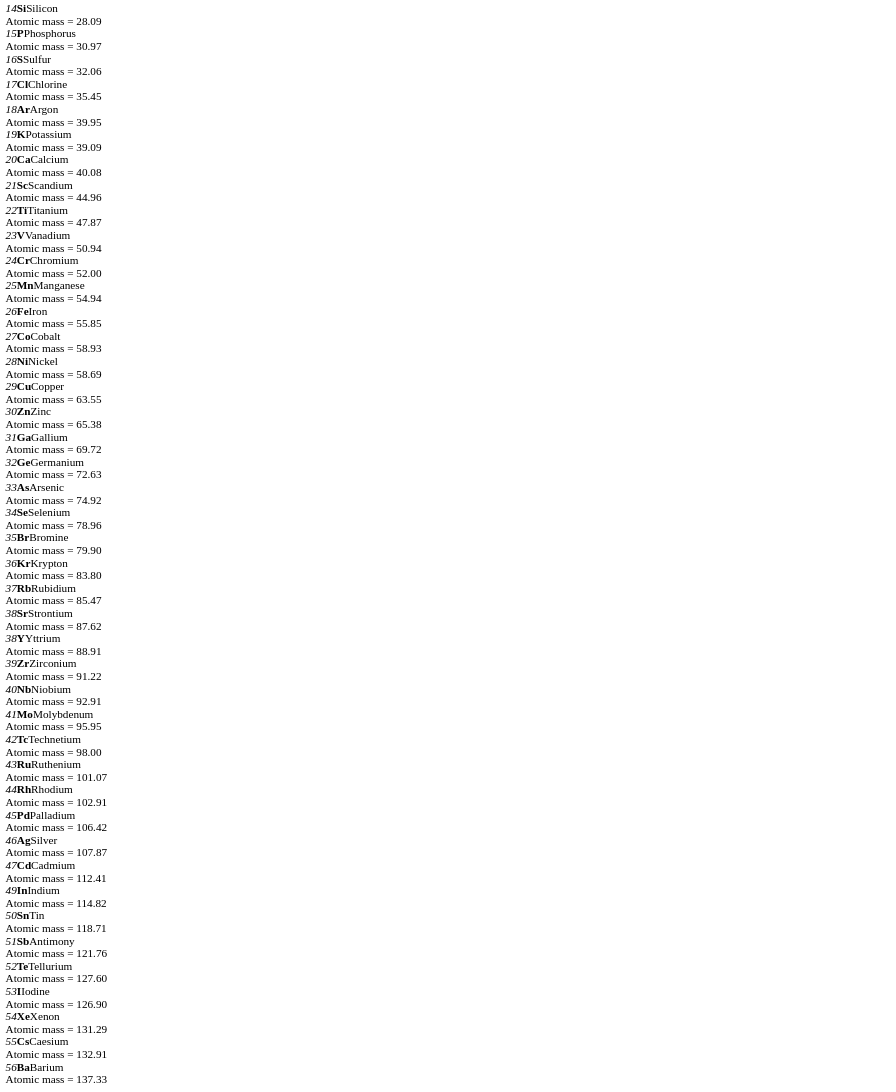
Repository: manayparikh1/Periodify
Page: index.html
The author's editor kept a copy of each file at every save. The page is drawn from the files as they stood at one save, then again after the next save.
The browser window is 1280 px wide. The pictures show the part of the page from y = 808 to 2728 px (the page is 2368 px tall before and 2728 px after), at 70% of full size.

Above is the page before, as saved 2026-10-16 20:24:07.

### index.html
<!DOCTYPE html>
<html lang="en">

<head>
    <meta charset="UTF-8">
    <meta name="viewport" content="width=device-width, initial-scale=1.0">
    <title>Periodify</title>
</head>

<body>
    <!-- === HTML STARTS here===-->
    <header>
        <h1>Period<span>ify</span></h1>
        <p>Hover (or tap) an element and you can hover over the legend to isolate that specific group.</p>
    </header>
    <!-- === Legend === -->
    <ul class="legend">
        <li class="k-ak" style="--c: var(--ak);">Alkali metals</li>
        <li class="k-ae" style="--c: var(--ae);">Alkaline earth metals</li>
        <li class="k-tm" style="--c: var(--tm);">Transition metals</li>
        <li class="k-pt" style="--c: var(--pt);">Post-transition metals</li>
        <li class="k-md" style="--c: var(--md);">Metalloids</li>
        <li class="k-nm" style="--c: var(--nm);">Nonmetals</li>
        <li class="k-hg" style="--c: var(--hg);">Halogens</li>
        <li class="k-hl" style="--c: var(--hl);">Noble gases</li>
        <li class="k-la" style="--c: var(--la);">Lanthanides</li>
        <li class="k-ac" style="--c: var(--ac);">Actinides</li>
    </ul>
    <p class="hint">If you are on a phone swipe the table to the side so you can see properly.</p>
    <div class="scroll">
        <div class="table">

            <!-- The first period -->
            <div class="el nm" tabindex="0"><i>1</i><b>H</b><span>Hydrogen<br>Atomic mass = 1.008</span></div>
            <div class="gap" style="--n:16"></div>
            <!-- Gives a 16 element gap because hydron and helium are not in the same column -->
            <div class="el ng" tabindex="0"><i>2</i><b>He</b><span>Helium<br>Atomic mass = 4.003</span></div>
            <!-- The second period -->
            <div class="el ak" tabindex="0"><i>3</i><b>Li</b><span>Lithium<br>Atomic mass = 6.94</span></div>
            <div class="el ae" tabindex="0"><i>4</i><b>Be</b><span>Beryllium<br>Atomic mass = 9.012</span></div>
            <div class="gap" style="--n:10"></div>
            <div class="el md" tabindex="0"><i>5</i><b>B</b><span>Boron<br>Atomic mass = 10.81</span></div>
            <div class="el nm" tabindex="0"><i>6</i><b>C</b><span>Carbon<br>Atomic mass = 12.01</span></div>
            <div class="el nm" tabindex="0"><i>7</i><b>N</b><span>Nitrogen<br>Atomic mass = 14.01</span></div>
            <div class="el nm" tabindex="0"><i>8</i><b>O</b><span>Oxygen<br>Atomic mass = 16.00</span></div>
            <div class="el hg" tabindex="0"><i>9</i><b>F</b><span>Fluorine<br>Atomic mass = 19.00</span></div>
            <div class="el ng" tabindex="0"><i>10</i><b>Ne</b><span>Neon<br>Atomic mass = 20.18</span></div>
            <!-- The third period -->
            <div class="el ak" tabindex="0"><i>11</i><b>Na</b><span>Sodium<br>Atomic mass = 22.99</span></div>
            <div class="el ae" tabindex="0"><i>12</i><b>Mg</b><span>Magnesium<br>Atomic mass = 24.31</span></div>
            <div class="gap" style="--n:10"></div>
            <div class="el md" tabindex="0"><i>13</i><b>Al</b><span>Aluminum<br>Atomic mass = 26.98</span></div>
            <div class="el nm" tabindex="0"><i>14</i><b>Si</b><span>Silicon<br>Atomic mass = 28.09</span></div>
            <div class="el nm" tabindex="0"><i>15</i><b>P</b><span>Phosphorus<br>Atomic mass = 30.97</span></div>
            <div class="el nm" tabindex="0"><i>16</i><b>S</b><span>Sulfur<br>Atomic mass = 32.06</span></div>
            <div class="el hg" tabindex="0"><i>17</i><b>Cl</b><span>Chlorine<br>Atomic mass = 35.45</span></div>
            <div class="el ng" tabindex="0"><i>18</i><b>Ar</b><span>Argon<br>Atomic mass = 39.95</span></div>
            <!-- the fourth period -->
            <div class="el ak" tabindex="0"><i>19</i><b>K</b><span>Potassium<br>Atomic mass = 39.09</span></div>
            <div class="el ae" tabindex="0"><i>20</i><b>Ca</b><span>Calcium<br>Atomic mass = 40.08</span></div>
            <div class="el tm" tabindex="0"><i>21</i><b>Sc</b><span>Scandium<br>Atomic mass = 44.96</span></div>
            <div class="el tm" tabindex="0"><i>22</i><b>Ti</b><span>Titanium<br>Atomic mass = 47.87</span></div>
            <div class="el tm" tabindex="0"><i>23</i><b>V</b><span>Vanadium<br>Atomic mass = 50.94</span></div>
            <div class="el tm" tabindex="0"><i>24</i><b>Cr</b><span>Chromium<br>Atomic mass = 52.00</span></div>
            <div class="el tm" tabindex="0"><i>25</i><b>Mn</b><span>Manganese<br>Atomic mass = 54.94</span></div>
            <div class="el tm" tabindex="0"><i>26</i><b>Fe</b><span>Iron<br>Atomic mass = 55.85</span></div>
            <div class="el tm" tabindex="0"><i>27</i><b>Co</b><span>Cobalt<br>Atomic mass = 58.93</span></div>
            <div class="el tm" tabindex="0"><i>28</i><b>Ni</b><span>Nickel<br>Atomic mass = 58.69</span></div>
            <div class="el tm" tabindex="0"><i>29</i><b>Cu</b><span>Copper<br>Atomic mass = 63.55</span></div>
            <div class="el tm" tabindex="0"><i>30</i><b>Zn</b><span>Zinc<br>Atomic mass = 65.38</span></div>
            <div class="el pt" tabindex="0"><i>31</i><b>Ga</b><span>Gallium<br>Atomic mass = 69.72</span></div>
            <div class="el md" tabindex="0"><i>32</i><b>Ge</b><span>Germanium<br>Atomic mass = 72.63</span></div>
            <div class="el md" tabindex="0"><i>33</i><b>As</b><span>Arsenic<br>Atomic mass = 74.92</span></div>
            <div class="el nm" tabindex="0"><i>34</i><b>Se</b><span>Selenium<br>Atomic mass = 78.96</span></div>
            <div class="el hg" tabindex="0"><i>35</i><b>Br</b><span>Bromine<br>Atomic mass = 79.90</span></div>
            <div class="el ng" tabindex="0"><i>36</i><b>Kr</b><span>Krypton<br>Atomic mass = 83.80</span></div>
            <!-- the fifth period -->
            <div class="el ak" tabindex="0"><i>37</i><b>Rb</b><span>Rubidium<br>Atomic mass = 85.47</span></div>
            <div class="el ae" tabindex="0"><i>38</i><b>Sr</b><span>Strontium<br>Atomic mass = 87.62</span></div>
            <div class="el tm" tabindex="0"><i>38</i><b>Y</b><span>Yttrium<br>Atomic mass = 88.91</span></div>
            <div class="el tm" tabindex="0"><i>39</i><b>Zr</b><span>Zirconium<br>Atomic mass = 91.22</span></div>
            <div class="el tm" tabindex="0"><i>40</i><b>Nb</b><span>Niobium<br>Atomic mass = 92.91</span></div>
            <div class="el tm" tabindex="0"><i>41</i><b>Mo</b><span>Molybdenum<br>Atomic mass = 95.95</span></div>
            <div class="el tm" tabindex="0"><i>42</i><b>Tc</b><span>Technetium<br>Atomic mass = 98.00</span></div>
            <div class="el tm" tabindex="0"><i>43</i><b>Ru</b><span>Ruthenium<br>Atomic mass = 101.07</span></div>
            <div class="el tm" tabindex="0"><i>44</i><b>Rh</b><span>Rhodium<br>Atomic mass = 102.91</span></div>
            <div class="el tm" tabindex="0"><i>45</i><b>Pd</b><span>Palladium<br>Atomic mass = 106.42</span></div>
            <div class="el tm" tabindex="0"><i>46</i><b>Ag</b><span>Silver<br>Atomic mass = 107.87</span></div>
            <div class="el tm" tabindex="0"><i>47</i><b>Cd</b><span>Cadmium<br>Atomic mass = 112.41</span></div>
            <div class="el pt" tabindex="0"><i>49</i><b>In</b><span>Indium<br>Atomic mass = 114.82</span></div>
            <div class="el pt" tabindex="0"><i>50</i><b>Sn</b><span>Tin<br>Atomic mass = 118.71</span></div>
            <div class="el md" tabindex="0"><i>51</i><b>Sb</b><span>Antimony<br>Atomic mass = 121.76</span></div>
            <div class="el md" tabindex="0"><i>52</i><b>Te</b><span>Tellurium<br>Atomic mass = 127.60</span></div>
            <div class="el hg" tabindex="0"><i>53</i><b>I</b><span>Iodine<br>Atomic mass = 126.90</span></div>
            <div class="el ng" tabindex="0"><i>54</i><b>Xe</b><span>Xenon<br>Atomic mass = 131.29</span></div>
            <!-- the sixth period -->
            <div class="el ak" tabindex="0"><i>55</i><b>Cs</b><span>Caesium<br>Atomic mass = 132.91</span></div>
            <div class="el ae" tabindex="0"><i>56</i><b>Ba</b><span>Barium<br>Atomic mass = 137.33</span></div>
            <!-- this is the gap for the lanthanoids  group (goes to hafnium straight)-->

</body>

After the next save:
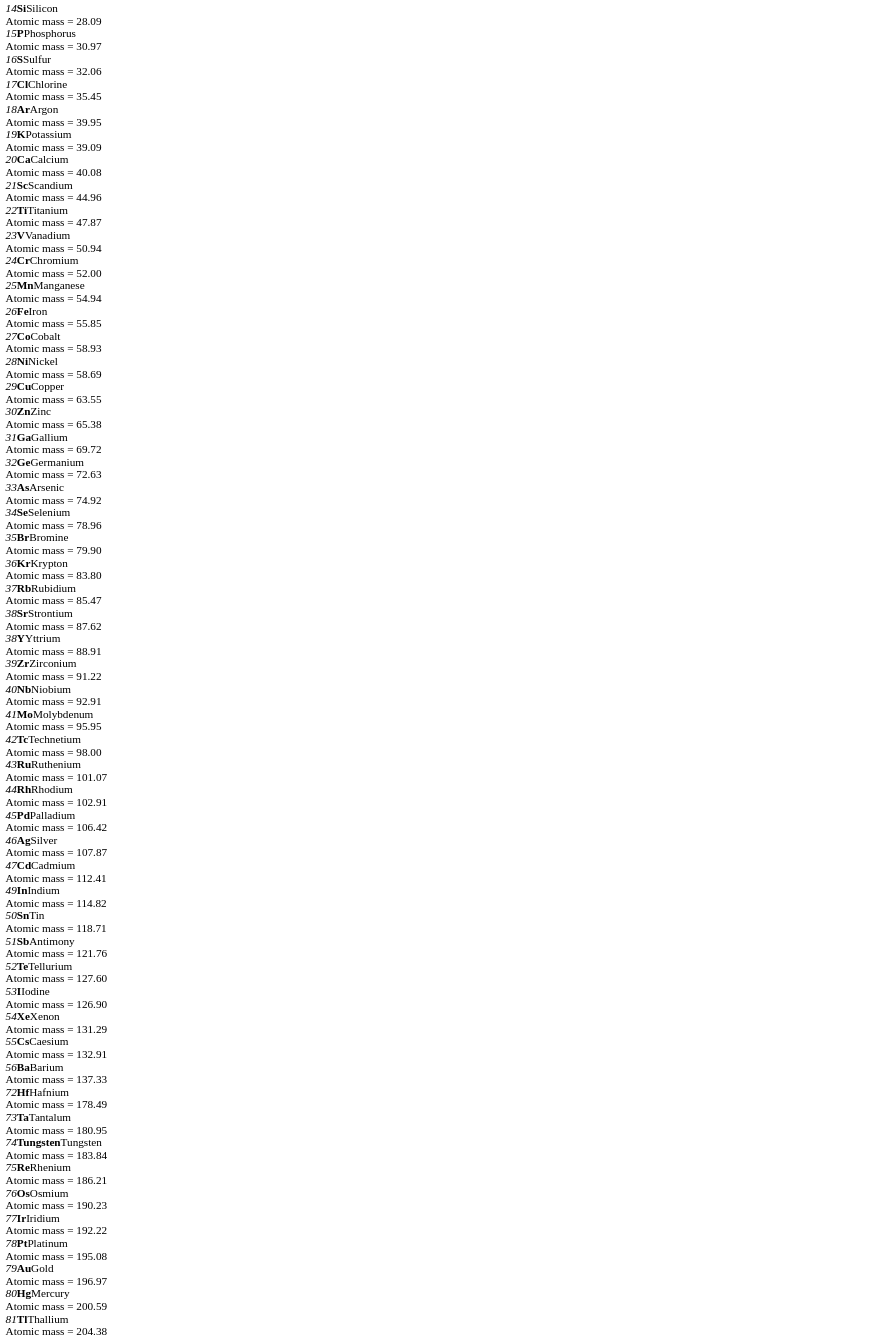
Saved 9 min 16 s later.
--- a/index.html
+++ b/index.html
@@ -97,5 +97,16 @@
             <div class="el ak" tabindex="0"><i>55</i><b>Cs</b><span>Caesium<br>Atomic mass = 132.91</span></div>
             <div class="el ae" tabindex="0"><i>56</i><b>Ba</b><span>Barium<br>Atomic mass = 137.33</span></div>
             <!-- this is the gap for the lanthanoids  group (goes to hafnium straight)-->
+            <div class="el tm" tabindex="0"><i>72</i><b>Hf</b><span>Hafnium<br>Atomic mass = 178.49</span></div>
+            <div class="el tm" tabindex="0"><i>73</i><b>Ta</b><span>Tantalum<br>Atomic mass = 180.95</span></div>
+            <div class="el tm" tabindex="0"><i>74</i><b>Tungsten</b><span>Tungsten<br>Atomic mass = 183.84</span></div>
+            <div class="el tm" tabindex="0"><i>75</i><b>Re</b><span>Rhenium<br>Atomic mass = 186.21</span></div>
+            <div class="el tm" tabindex="0"><i>76</i><b>Os</b><span>Osmium<br>Atomic mass = 190.23</span></div>
+            <div class="el tm" tabindex="0"><i>77</i><b>Ir</b><span>Iridium<br>Atomic mass = 192.22</span></div>
+            <div class="el tm" tabindex="0"><i>78</i><b>Pt</b><span>Platinum<br>Atomic mass = 195.08</span></div>
+            <div class="el tm" tabindex="0"><i>79</i><b>Au</b><span>Gold<br>Atomic mass = 196.97</span></div>
+            <div class="el tm" tabindex="0"><i>80</i><b>Hg</b><span>Mercury<br>Atomic mass = 200.59</span></div>
+            <div class="el pt" tabindex="0"><i>81</i><b>Tl</b><span>Thallium<br>Atomic mass = 204.38</span></div>
+            <div class="el pt" </div>
 
 </body>
